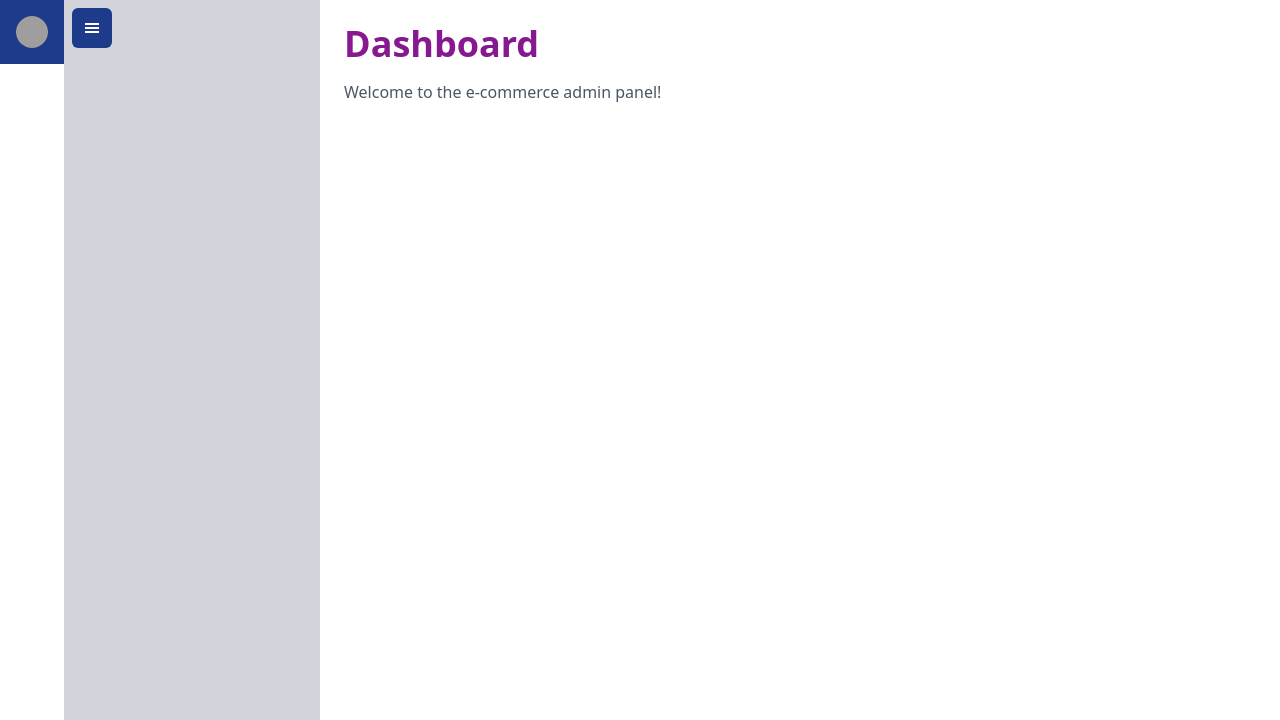
Repository: alizey12/POS-React-website
Page: /dashboard
An editor plug-in stored every save of this project. The page is shown before and after the next save, followed by the edit.
The browser window is 1280 px wide. The pictures show the whole page.
Pictures or frames that could not be fetched are drawn as grey boxes. The project was rebuilt for these pictures with package versions that can differ from the ones it lists, and the page was loaded fresh each time. Also part of the build but not shown: vite.config.js, src/login.jsx.

Above is the page before, as saved 2024-12-31 16:32:12.

### src/App.jsx
import { BrowserRouter as Router, Routes, Route } from 'react-router-dom';
import LoginPage from "./login"
import Dashboard from './Dashboard';

function App() {
  return (
    <Router>
      <Routes>
        <Route path="/" element={<LoginPage />} />
        <Route path="/dashboard" element={<Dashboard />} />
      </Routes>
    </Router>
  );
}

export default App;

### src/Dashboard.jsx
// import { useState } from 'react';
import Navbar from './navbar';
import Sidebar from './sidebar';

const Dashboard = () => {
  // const [isSidebarOpen, setIsSidebarOpen] = useState(true);

  // const toggleSidebar = () => {
  //   setIsSidebarOpen(!isSidebarOpen);
  // };

  return (
    <div className="h-screen  flex overflow-hidden">
      {/* Sidebar Section */}
      <Navbar />
      <div
        className={`bg-gray-300 transition-all duration-300 ${
          // isSidebarOpen ?
          'w-64'
        }`}
      >

        <Sidebar />
      </div>

      {/* Main Content Section */}
      <div className="flex-1 flex flex-col">

        <div className="p-6">
          <h1 className="text-4xl font-bold text-fuchsia-800">Dashboard</h1>
          <p className="mt-4 text-gray-600">Welcome to the e-commerce admin panel!</p>
        </div>
      </div>
    </div>
  );
};

export default Dashboard;

### src/navbar.jsx


const navbar = () => {
  return (
    <div>


<nav className="bg-blue-900 border-gray-900 dark:bg-gray-900 ">
  <div className="max-w-screen-xl flex flex-wrap items-center justify-between mx-auto p-4">


      <span className="self-center text-2xl font-semibold whitespace-nowrap text-white dark:text-white"></span>
  <div className="flex items-center md:order-2 space-x-3 md:space-x-0 rtl:space-x-reverse">
      <button type="button" className="flex text-sm bg-gray-800 rounded-full md:me-0 focus:ring-4 focus:ring-gray-300 dark:focus:ring-gray-600" id="user-menu-button" aria-expanded="false" data-dropdown-toggle="user-dropdown" data-dropdown-placement="bottom">
        <span className="sr-only">Open user menu</span>
        <img className="w-8 h-8 rounded-full" src="/docs/images/people/profile-picture-3.jpg" alt="user photo"/>
      </button>

      <div className="z-50 hidden my-4 text-base list-none bg-white divide-y divide-gray-100 rounded-lg shadow dark:bg-gray-700 dark:divide-gray-600" id="user-dropdown">
        <div className="px-4 py-3">
          <span className="block text-sm text-gray-900 dark:text-white">Bonnie Green</span>
          <span className="block text-sm  text-gray-500 truncate dark:text-gray-400">name@flowbite.com</span>
        </div>
        <ul className="py-2" aria-labelledby="user-menu-button">
          <li>
            <a href="#" className="block px-4 py-2 text-sm text-gray-700 hover:bg-gray-100 dark:hover:bg-gray-600 dark:text-gray-200 dark:hover:text-white">Dashboard</a>
          </li>
          <li>
            <a href="#" className="block px-4 py-2 text-sm text-gray-700 hover:bg-gray-100 dark:hover:bg-gray-600 dark:text-gray-200 dark:hover:text-white">Settings</a>
          </li>
          <li>
            <a href="#" className="block px-4 py-2 text-sm text-gray-700 hover:bg-gray-100 dark:hover:bg-gray-600 dark:text-gray-200 dark:hover:text-white">Earnings</a>
          </li>
          <li>
            <a href="#" className="block px-4 py-2 text-sm text-gray-700 hover:bg-gray-100 dark:hover:bg-gray-600 dark:text-gray-200 dark:hover:text-white">Sign out</a>
          </li>
        </ul>
      </div>
      <button data-collapse-toggle="navbar-user" type="button" className="inline-flex items-center p-2 w-10 h-10 justify-center text-sm text-gray-500 rounded-lg md:hidden hover:bg-gray-100 focus:outline-none focus:ring-2 focus:ring-gray-200 dark:text-gray-400 dark:hover:bg-gray-700 dark:focus:ring-gray-600" aria-controls="navbar-user" aria-expanded="false">
        <span className="sr-only">Open main menu</span>
        <svg className="w-5 h-5" aria-hidden="true" xmlns="http://www.w3.org/2000/svg" fill="none" viewBox="0 0 17 14">
            <path stroke="currentColor" strokeLinecap="round" strokeLinejoin="round" strokeWidth="2" d="M1 1h15M1 7h15M1 13h15"/>
        </svg>
    </button>
  </div>

  </div>
</nav>

    </div>
  )
}

export default navbar

### src/sidebar.jsx
import { useState } from 'react';
import { CgCloseO } from "react-icons/cg";
import { GiHamburgerMenu } from "react-icons/gi";
import { IoCloseCircle } from "react-icons/io5";
const Sidebar = () => {
  const [isOpen, setIsOpen] = useState(false);
  const [isSubMenuOpen, setIsSubMenuOpen] = useState(false);
  const toggleSidebar = () => setIsOpen(!isOpen);
  const toggleSubMenu = () => setIsSubMenuOpen(!isSubMenuOpen);

  return (
    <div className="flex ">
      <button
        onClick={toggleSidebar}
        className="p-3 m-2 bg-blue-900 text-white rounded-md focus:outline-none"
      >
        {isOpen ? <IoCloseCircle /> : <GiHamburgerMenu />}
      </button>

      <aside
        className={`fixed top-0 left-0 w-64 h-screen bg-gray-800 text-white transform ${
          isOpen ? 'translate-x-0' : '-translate-x-full'
        } transition-transform duration-300`}
      >
        <div className="p-4">
        <div className="flex ">

            <CgCloseO
              onClick={toggleSidebar}
              className="w-6 h-6 justify-end cursor-pointer hover:text-red-500"
            />
          </div>
          <ul className="mt-4">
            <li className="p-2 hover:bg-gray-700 rounded-md cursor-pointer">Home</li>
            <li className="p-2 hover:bg-gray-700 rounded-md cursor-pointer">Profile</li>
            <li>
              <button
                onClick={toggleSubMenu}
                className="flex justify-between w-full p-2 hover:bg-gray-700 rounded-md"
              >
                E-commerce
                <span>{isSubMenuOpen ? '▲' : '▼'}</span>
              </button>
              <ul className={`pl-6 mt-2 ${isSubMenuOpen ? 'block' : 'hidden'}`}>
                <li className="p-2 hover:bg-gray-700 rounded-md cursor-pointer">Products</li>
                <li className="p-2 hover:bg-gray-700 rounded-md cursor-pointer">Orders</li>
                <li className="p-2 hover:bg-gray-700 rounded-md cursor-pointer">Invoices</li>
              </ul>
            </li>
            <li className="p-2 hover:bg-gray-700 rounded-md cursor-pointer">Settings</li>
          </ul>
        </div>
      </aside>
    </div>
  );
};

export default Sidebar;

Loaded but not shown: index.html (common file); src/main.jsx (common file); src/index.css (common file); tailwind.config.js (common file)

After the next save:
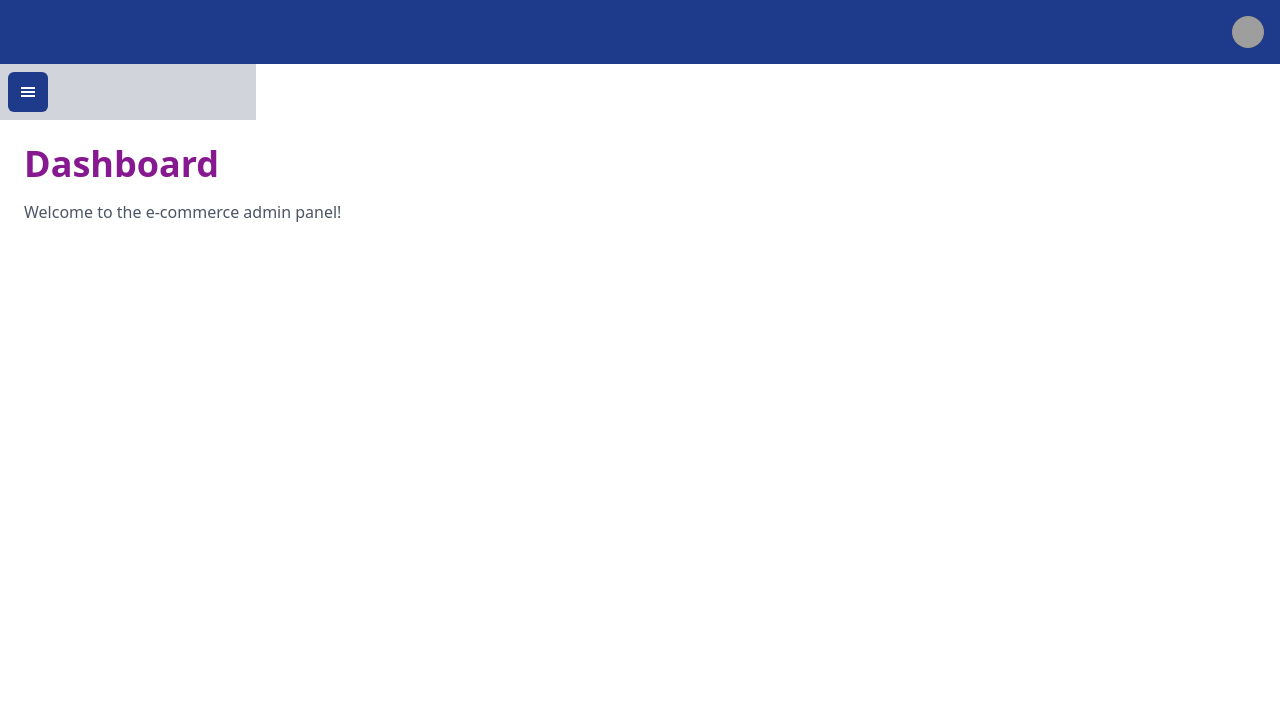
Saved 20 s later.
--- a/src/Dashboard.jsx
+++ b/src/Dashboard.jsx
@@ -10,7 +10,7 @@ const Dashboard = () => {
   // };
 
   return (
-    <div className="h-screen  flex overflow-hidden">
+    <div className="">
       {/* Sidebar Section */}
       <Navbar />
       <div
